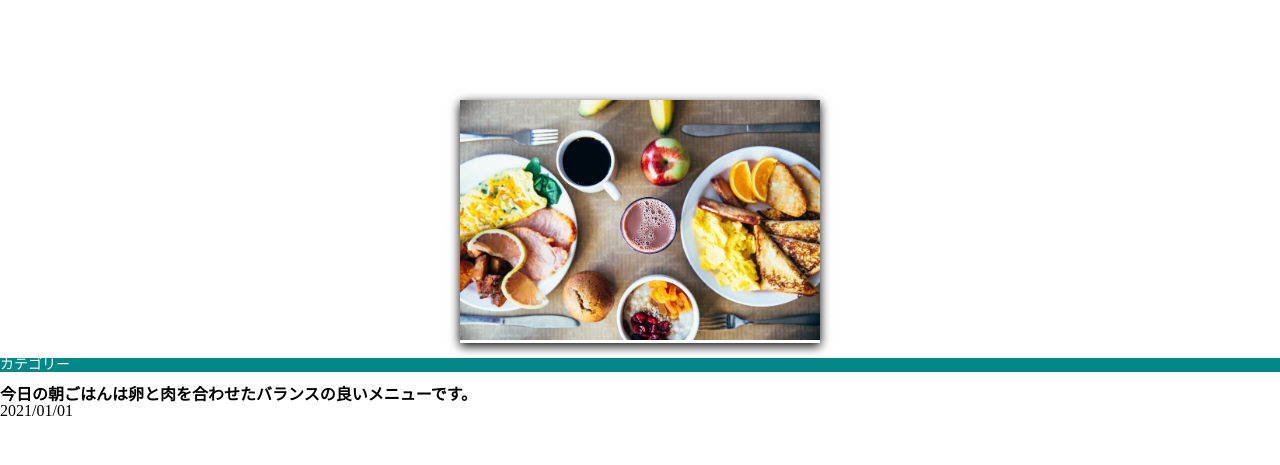
Repository: yosuke257/20231104_watanabe_css
Page: coachtech/html-css/index.html
The author's editor kept a copy of each file at every save. The page is drawn from the files as they stood at one save, then again after the next save.
The browser window is 1280 px wide. The pictures show the whole page.

Above is the page before, as saved 2023-10-23 00:24:14.

After the next save:
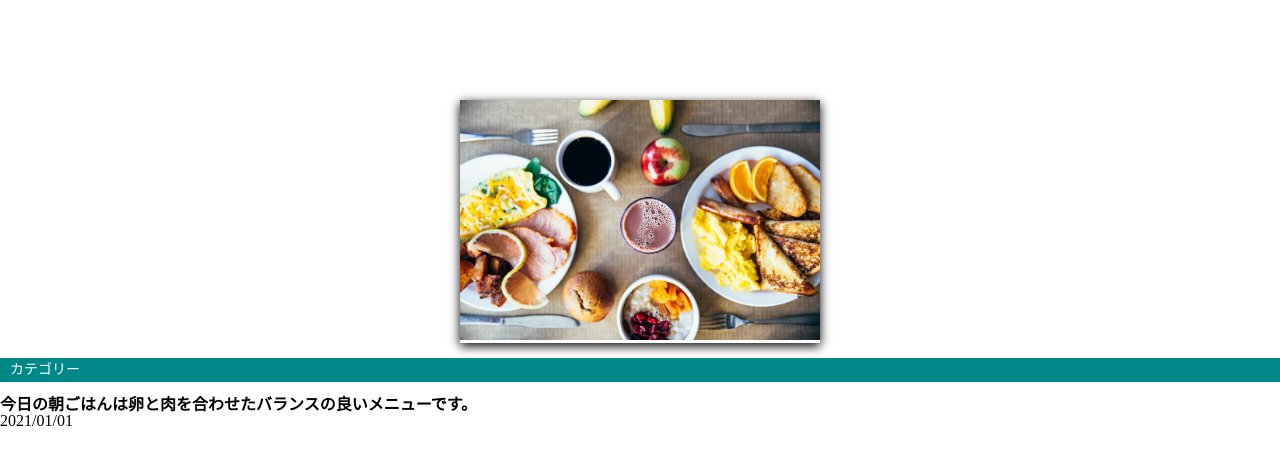
Saved 42 s later.
--- a/coachtech/html-css/css/style.css
+++ b/coachtech/html-css/css/style.css
@@ -13,5 +13,5 @@
     background-color: #008888;
     color: #fff;
     margin: 15px 0 15px 0;
-    padding: ;
+    padding: 5px 10px;
 }
